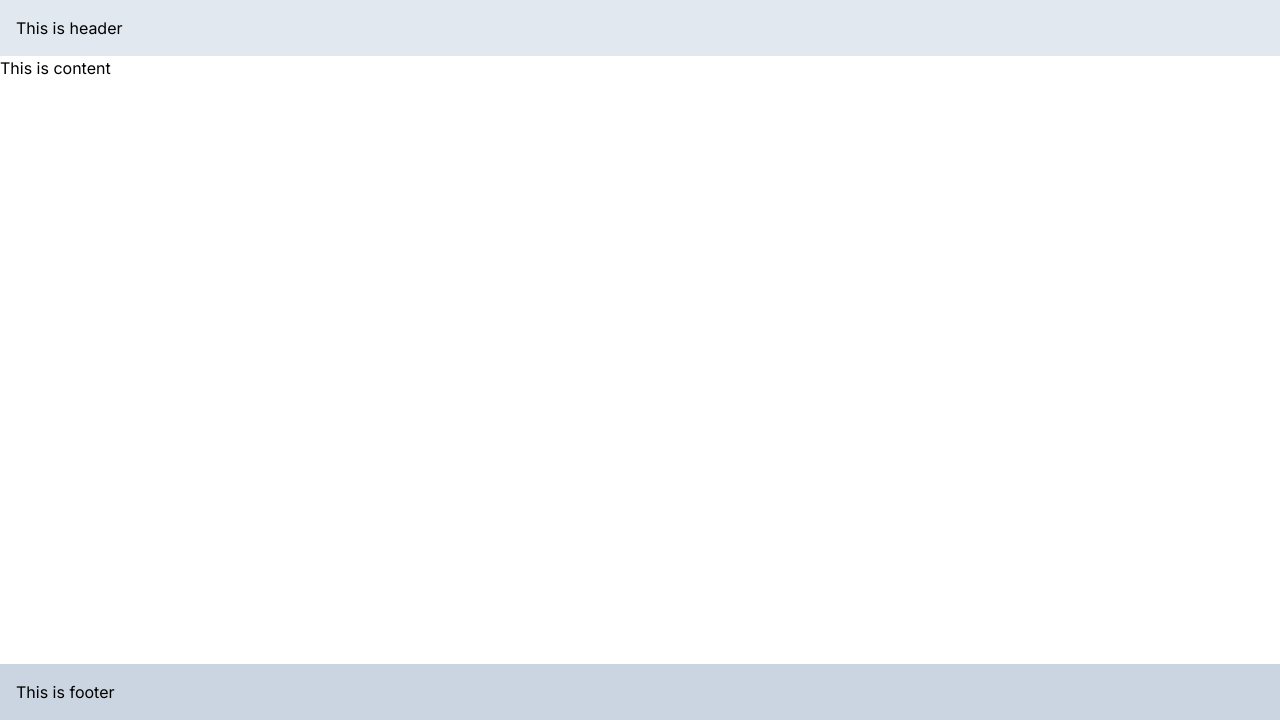
Repository: nirazanbasnet/test-react-swipeable
Page: /
An editor plug-in stored every save of this project. The page is shown before and after the next save, followed by the edit.
The browser window is 1280 px wide. The pictures show the whole page.
The project was rebuilt for these pictures with package versions that can differ from the ones it lists, and the page was loaded fresh each time. The framework's server and built-in components were replaced by stand-ins that run in the browser. Also part of the build but not shown: next.config.mjs.

Above is the page before, as saved 2024-02-07 09:44:39.

After the next save:
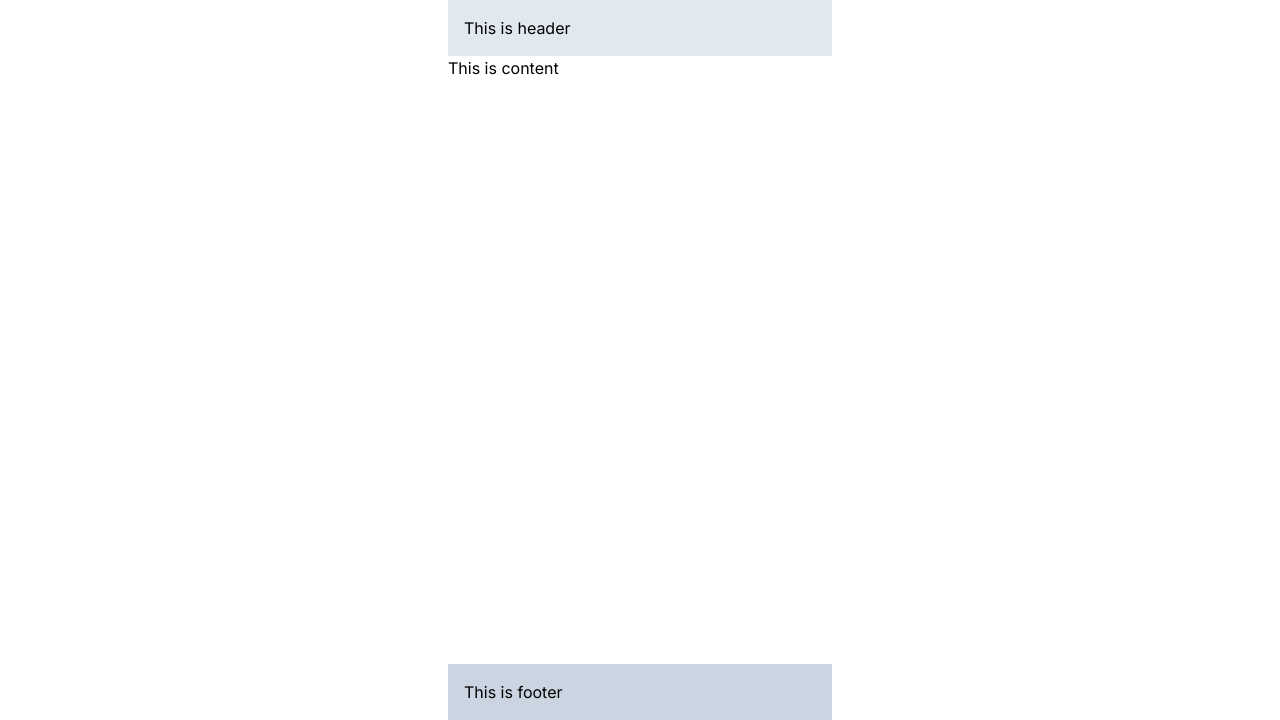
Saved 4 s later.
--- a/src/app/layout.js
+++ b/src/app/layout.js
@@ -12,7 +12,7 @@ export const metadata = {
 export default function RootLayout({ children }) {
   return (
 		<html lang="en">
-			<body className={`flex flex-col h-full max-w- ${inter.className}`}>
+			<body className={`flex flex-col h-full max-w-sm mx-auto ${inter.className}`}>
 				<AppLayout>{children}</AppLayout>
 			</body>
 		</html>
